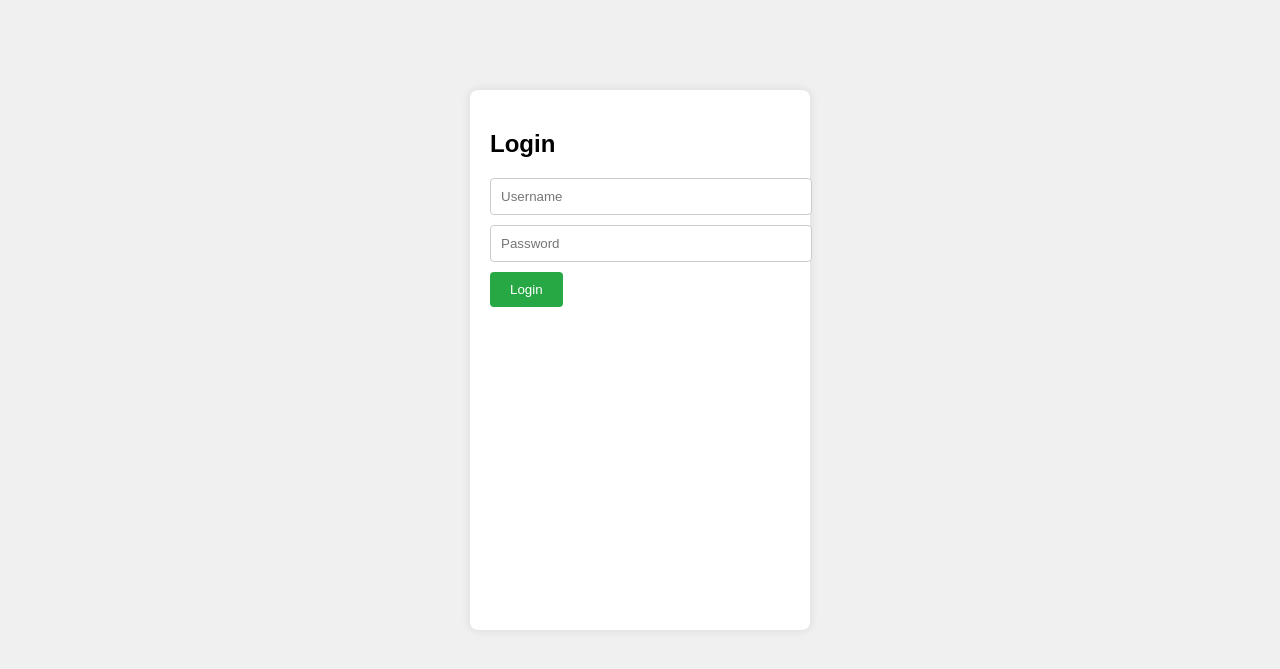
Repository: Anadi-Chauhan/Mentorship-binarybuddy
Page: login.html
The author's editor kept a copy of each file at every save. The page is drawn from the files as they stood at one save, then again after the next save.
The browser window is 1280 px wide. The pictures show the whole page.

Above is the page before, as saved 2024-10-19 10:12:13.

After the next save:
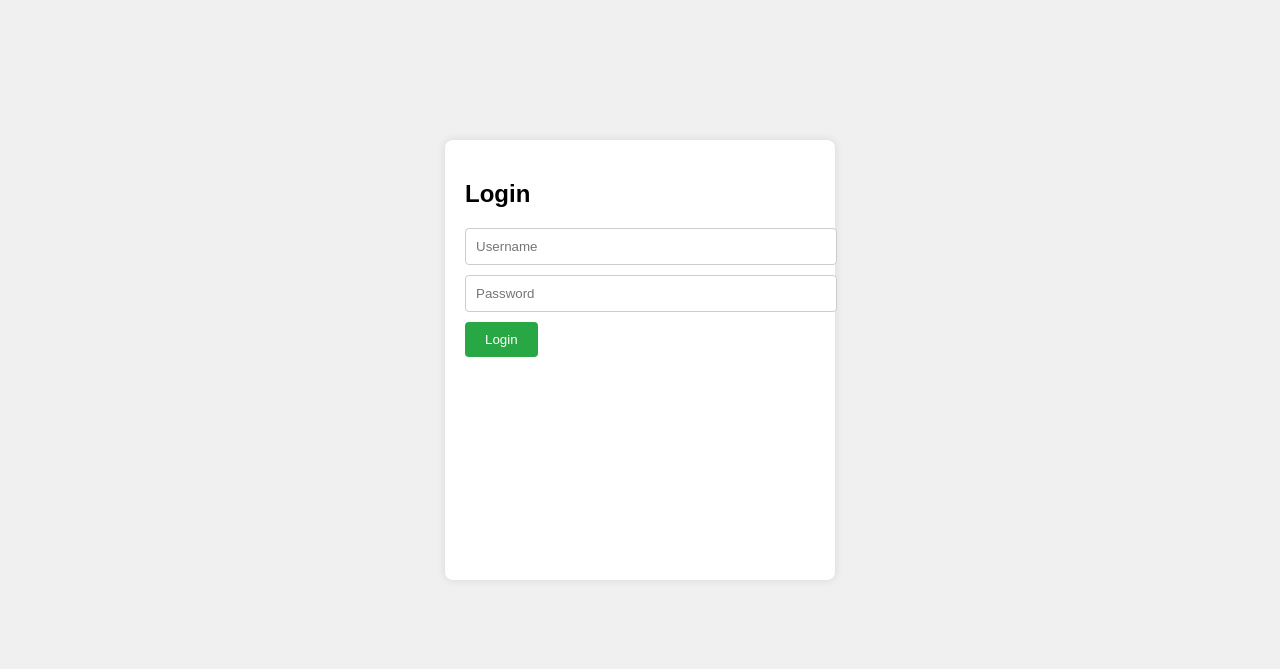
Saved 8 s later.
--- a/login.css
+++ b/login.css
@@ -10,8 +10,8 @@ body {
 
 .container {
     background-color: white;
-    width: 300px;
-    height: 500px;
+    width: 350px;
+    height: 400px;
     padding: 20px;
     border-radius: 8px;
     box-shadow: 0 0 10px rgba(0, 0, 0, 0.1);
